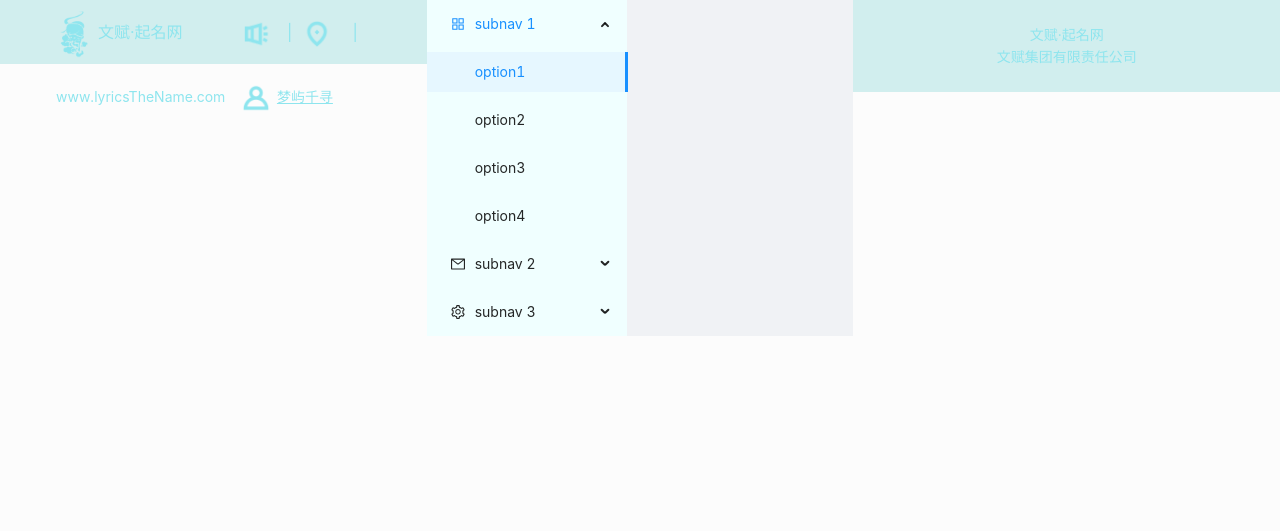
Repository: fangxueliang/react-redux-
Page: /
These files come from the project's save history. The page is drawn as it stood at one moment and after the next save; the edit follows.
The browser window is 1280 px wide. The pictures show the whole page.
The project was rebuilt for these pictures with package versions that can differ from the ones it lists, and the page was loaded fresh each time.

Above is the page before, as saved 2020-12-30 12:27:18.

After the next save:
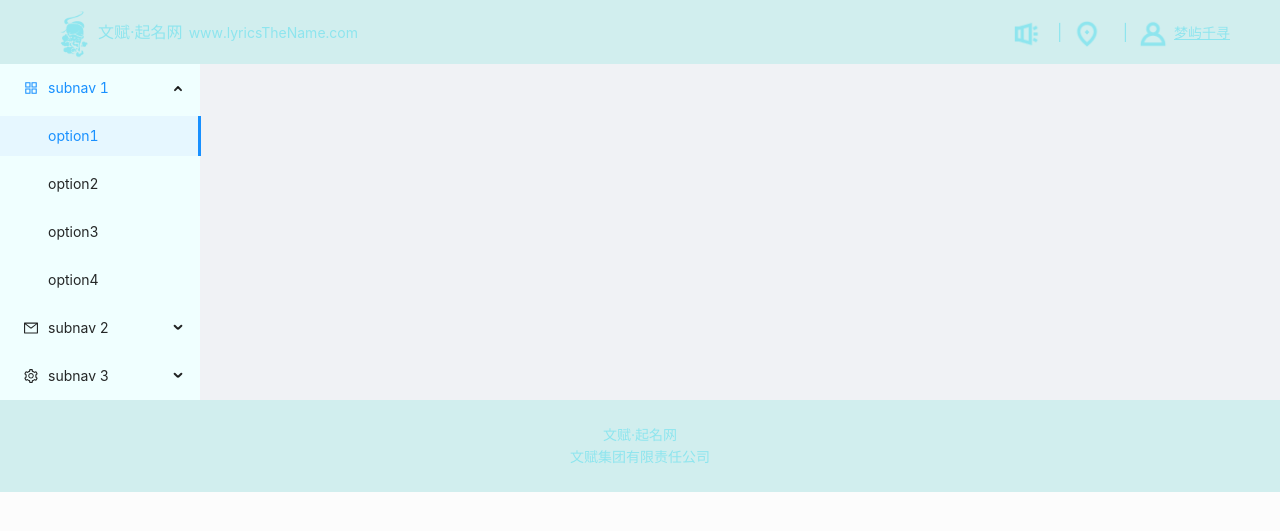
Saved 53 s later.
--- a/src/Common/CSS/layout.css
+++ b/src/Common/CSS/layout.css
@@ -1,8 +1,10 @@
 /* 布局样式  */
-.Home_layout{
+.Home_layout {
     display: flex;
+    flex-direction: column;
+    justify-items: center;
+}
 
-}
 .Home_layout .ant-layout-header {
     background: #D1EEEE;
 }
